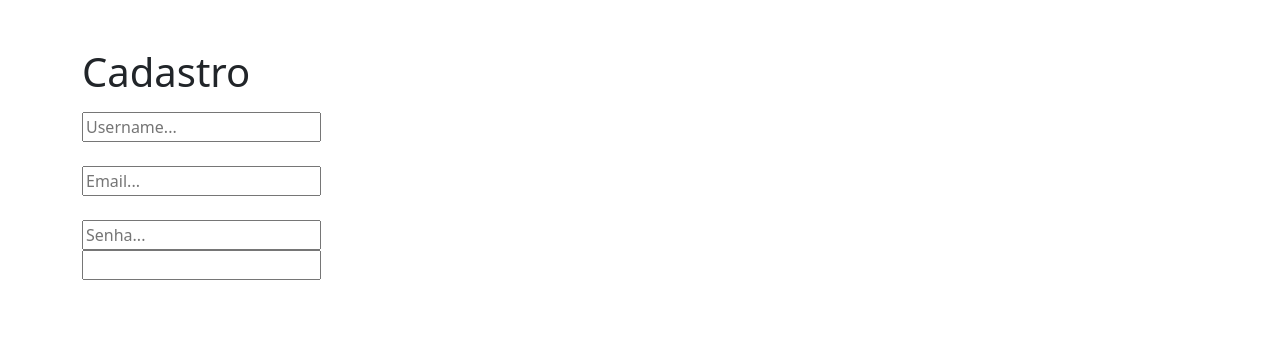
Repository: Roger-Neto/RadioWere_2
Page: users/templates/register.html
The author's editor kept a record of every edit. The page is drawn from the files as they stood at one moment, then again after the next edit.
The browser window is 1280 px wide. The pictures show the whole page.

Above is the page before.

After the next edit:
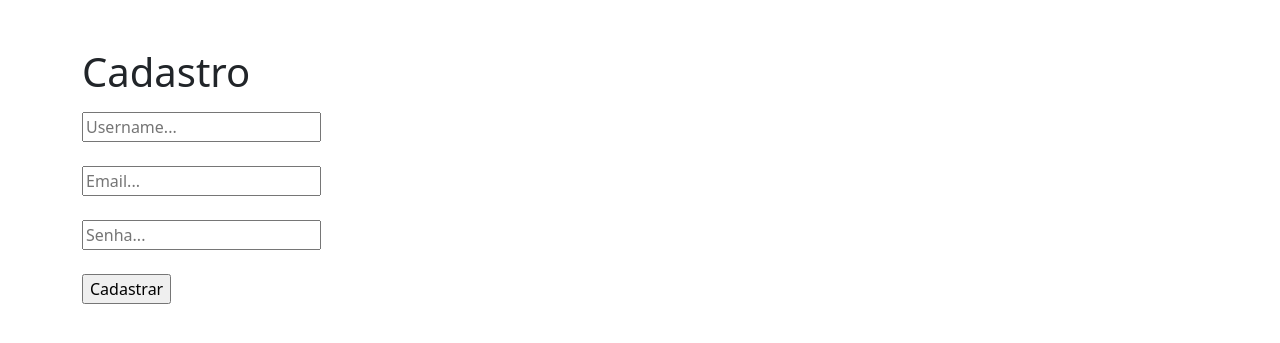
The edit:
--- a/users/templates/register.html
+++ b/users/templates/register.html
@@ -19,7 +19,8 @@
         <br>
         <input type="password" placeholder="Senha..." name="passeword">
         <br>
-        <input type="submite" name="register">
+        <br>
+        <input type="submit" value="Cadastrar">
         <br>
       </form>
 
